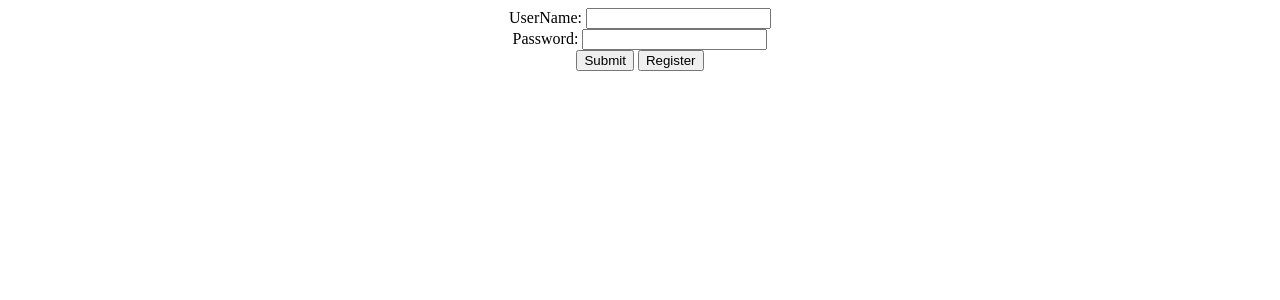
Repository: sunil965/JDBC-Servlet-JSP
Page: LoginForm/WebContent/index.html
These files come from the project's save history. The page is drawn as it stood at one moment and after the next save; the edit follows.
The browser window is 1280 px wide. The pictures show the whole page.

Above is the page before, as saved 2017-04-28 06:29:21.

### LoginForm/WebContent/index.html
<!DOCTYPE html>
<html>
<head>
<meta charset="UTF-8">
<title>Insert title here</title>
</head>
<body>
<div align="center">
<form action="loginServlet">
UserName: <input type="text"><br>
Password: <input type="password"><br>
<input type="submit" name="Login">
<a href=""><button>Register</button></a>
</form>
</div>
</body>
</html>

After the next save:
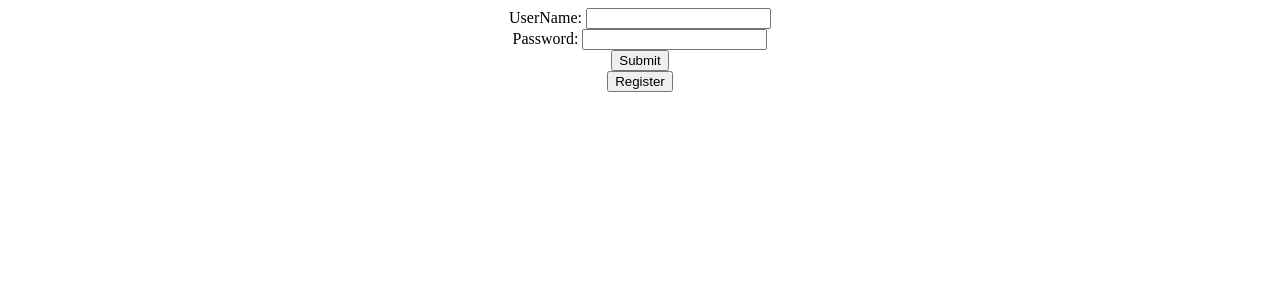
Saved 41 s later.
--- a/LoginForm/WebContent/index.html
+++ b/LoginForm/WebContent/index.html
@@ -7,11 +7,11 @@
 <body>
 <div align="center">
 <form action="loginServlet">
-UserName: <input type="text"><br>
-Password: <input type="password"><br>
-<input type="submit" name="Login">
+	UserName: <input type="text"><br>
+	Password: <input type="password"><br>
+	<input type="submit" name="Login">
+</form>
 <a href=""><button>Register</button></a>
-</form>
 </div>
 </body>
 </html>
